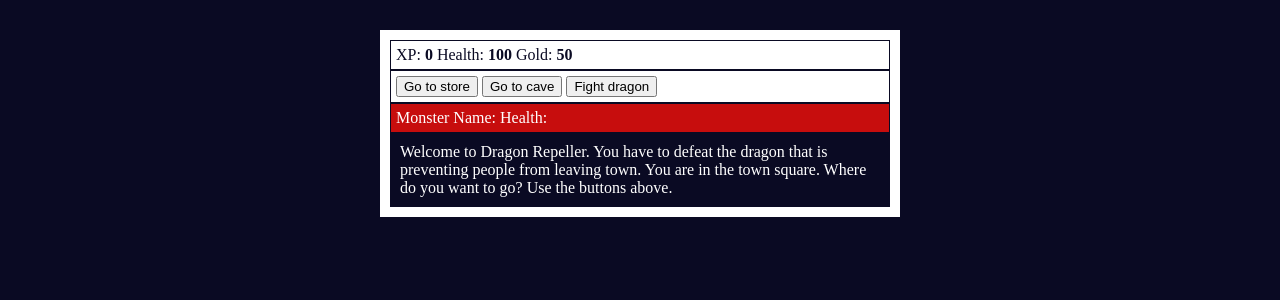
Repository: Lungdjos/role_playing_game
Page: index.html
The author's editor kept a copy of each file at every save. The page is drawn from the files as they stood at one save, then again after the next save.
The browser window is 1280 px wide. The pictures show the whole page.

Above is the page before, as saved 2024-02-07 08:43:16.

### index.html
<!DOCTYPE html>
<html lang="en">

<head>
    <meta charset="UTF-8">
    <meta name="viewport" content="width=device-width, initial-scale=1.0">
    <title>RPG - Dragon Repeller</title>
    <link rel="stylesheet" href="./styles.css">

</head>

<body>
    <div id="game">
        <div id="stats">
            <span class="stat">XP: <strong><span id="xpText">0</span></strong>
            </span>
            <span class="stat">Health: <strong><span id="healthText">100</span></strong>
            </span>
            <span class="stat">Gold: <strong><span id="goldText">50</span></strong>
            </span>
        </div>
        <div id="controls">
            <button id="button1">Go to store</button>
            <button id="button2">Go to cave</button>
            <button id="button3">Fight dragon</button>
        </div>
        <div id="monsterStats">
            <span class="stat">
                Monster Name: <strong><span id="monsterName"></span></strong>
            </span>
            <span class="stat">
                Health: <strong><span id="monsterHealth"></span></strong>
            </span>
        </div>
        <div id="text">
            Welcome to Dragon Repeller. You have to defeat the dragon that is preventing people from leaving town. You are in the town square. Where do you want to go? Use the buttons above.
        </div>
    </div>

    <!-- JavaScript files -->
    <script src="./script.js"></script>
</body>

</html>

### styles.css
/** Main CSS */

body {
    background-color: #0a0a23;
}


/* text styling */

#text {
    background-color: #0a0a23;
    color: #fff;
    padding: 10px;
}


/* game styling */

#game {
    background-color: #fff;
    color: #fff;
    max-width: 500px;
    max-height: 400px;
    margin: 30px auto 0 auto;
    padding: 10px;
}


/* stats and controls styling */

#controls,
#stats {
    border: 1px solid #0a0a23;
    color: #0a0a23;
    padding: 5px;
}


/* monster stats styling */

#monsterStats {
    border: 1px solid #0a0a23;
    padding: 5px;
    color: #fff;
    background-color: #c70d0d;
    display: ;
}

### script.js
/**
 * Main JavaScript
 */

'use strict';

// variables
let xp = 0;
let health = 100;
let gold = 50;
let currentWeapon = 0;
let fighting;
let monsterHealth;
let inventory = ['stick'];

// query selectors
const button1 = document.querySelector('#button1');
const button2 = document.querySelector('#button2');
const button3 = document.querySelector('#button3');

After the next save:
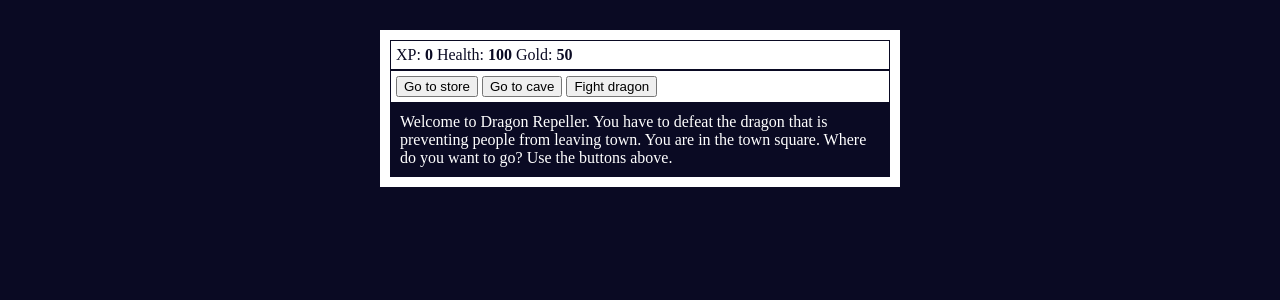
Saved 5 s later.
--- a/styles.css
+++ b/styles.css
@@ -43,5 +43,5 @@ body {
     padding: 5px;
     color: #fff;
     background-color: #c70d0d;
-    display: ;
+    display: none;
 }
